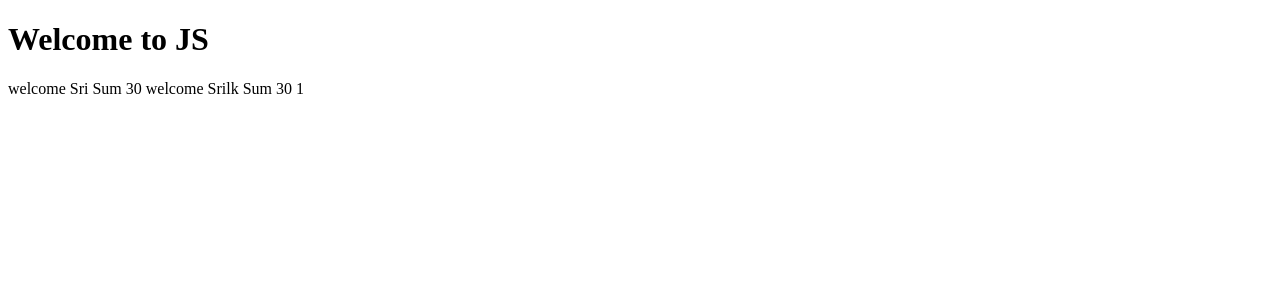
Repository: Kavya-C1/eclipsejava
Page: http://localhost/JSPDemos/hello.jsp
These files come from the project's save history. The page is drawn as it stood at one moment and after the next save; the edit follows.
The browser window is 1280 px wide. The pictures show the whole page.
The page is served by Tomcat 9.

Above is the page before, as saved 2024-03-14 11:29:07.

After the next save:
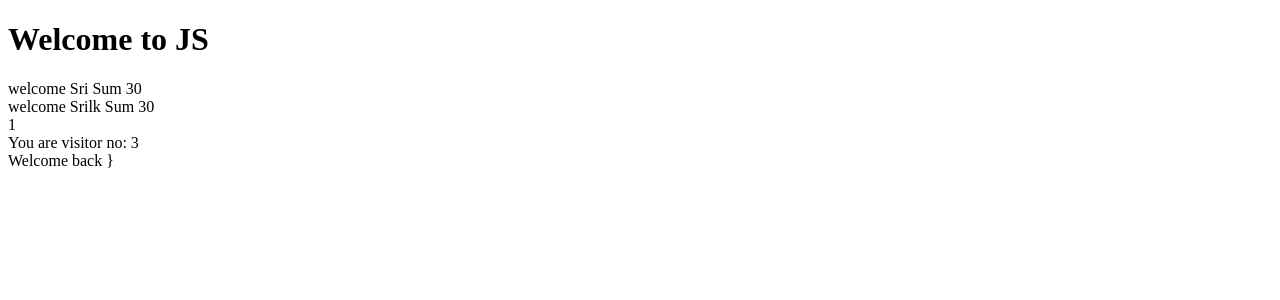
Saved 46 min 31 s later.
--- a/JSPDemos/src/main/webapp/hello.jsp
+++ b/JSPDemos/src/main/webapp/hello.jsp
@@ -15,14 +15,23 @@ out.println("welcome "+name);
 
 <%int x=10,y=20; %>
 <%out.println("Sum "+(x+y)); %>
-
+<br>
 <%String name1 = "Srilk";%>
 <%="welcome "+name1%>
 <%="Sum "+(x+y)%>
-
+<br>
 <%int counter=1; %>
 <%=counter++ %>
-
+<br>
+<%!int counter = 0; %>
+You are visitor no: <%= ++counter %>
+<br>
+<%! String greet(){
+	return "Welcome back";
+	}
+	%>
+	<%=greet()  %>
+}
 
 </body>
 </html>
